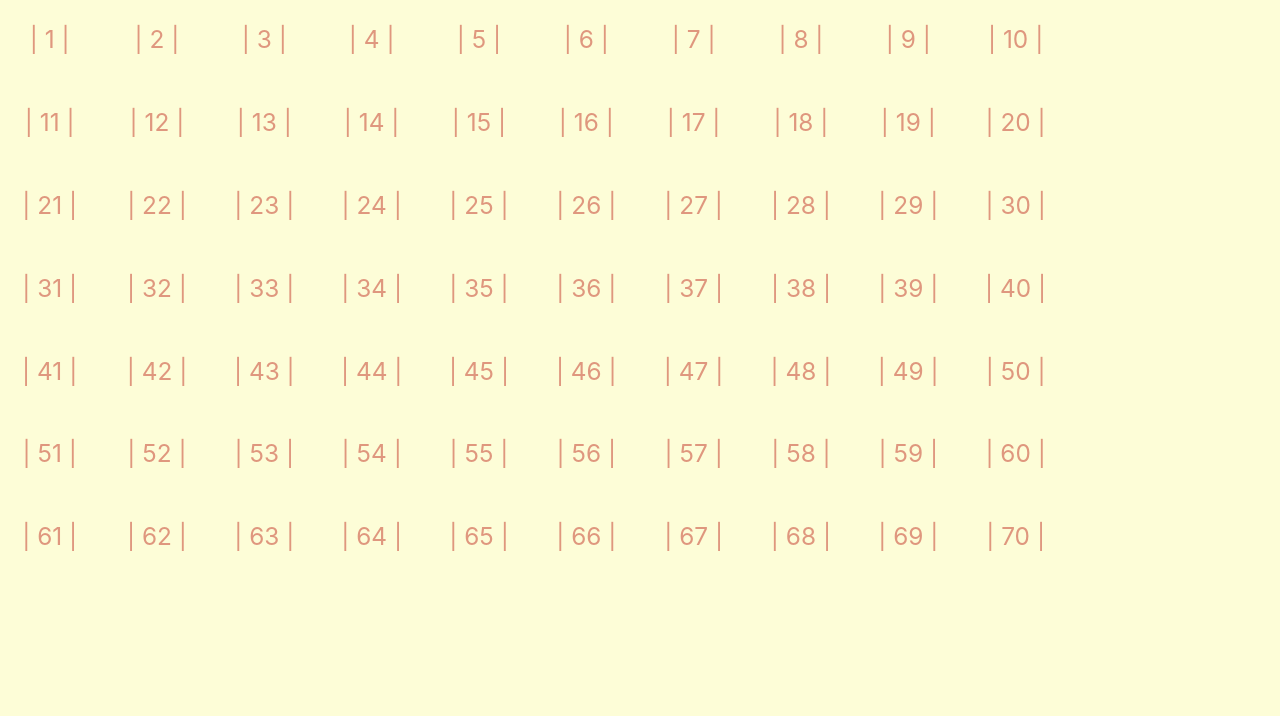
Repository: ghbamorim/megasenaapi
Page: / (app in mega-sena-client/)
An editor plug-in stored every save of this project. The page is shown before and after the next save, followed by the edit.
The browser window is 1280 px wide. The page is 1284 px wide, so the pictures cover 1284 px, including what lies to the right of the window. The pictures show the whole page.
The project was rebuilt for these pictures with package versions that can differ from the ones it lists, and the page was loaded fresh each time. Also part of the build but not shown: mega-sena-client/src/App.css.

Above is the page before, as saved 2021-09-13 09:15:56.

### mega-sena-client/src/App.tsx
import Grid from "@material-ui/core/Grid";
import { makeStyles } from "@material-ui/core/styles";
import React from "react";
import "./App.css";
import Row from "./row";

const useStyles = makeStyles((theme) => ({
  App: {
    textAlign: "center",
  },

  AppHeader: {
    backgroundColor: "#FDFDD7",
    minHeight: "100vh",
    alignItems: "center",
    justifyContent: "center",
    fontSize: "calc(10px + 2vmin)",
    color: "#DF977E",
  },
}));

function App() {
  const classes = useStyles();
  const rows: number[] = [];
  for (let i = 0; i <= 6; i++) {
    rows.push(i);
  }

  return (
    <div className={classes.App}>
      <header className={classes.AppHeader}>
        <div>
          {rows.map((i) => {
            return (
              <Grid container spacing={1}>
                <Row startNumber={i + 10} endNumber={i * 10} />
              </Grid>
            );
          })}
        </div>
      </header>
    </div>
  );
}

export default App;

### mega-sena-client/src/row.tsx
import Grid from "@material-ui/core/Grid";
import React from "react";
import "./App.css";

interface IRowProps {
  startNumber: number;
  endNumber: number;
}

const Row: React.FC<IRowProps> = ({ startNumber, endNumber }: IRowProps) => {
  const cols: number[] = [];
  for (let i = 1; i <= 10; i++) {
    cols.push(i + endNumber);
  }

  return (
    <React.Fragment>
      {cols.map((i) => {
        return (
          <Grid item xs={1}>
            <div className="App">
              <p>| {i} |</p>
            </div>
          </Grid>
        );
      })}
    </React.Fragment>
  );
};

export default Row;

Loaded but not shown: mega-sena-client/public/index.html (common file); mega-sena-client/src/index.tsx (common file); mega-sena-client/src/index.css (common file); mega-sena-client/src/reportWebVitals.ts (common file)

After the next save:
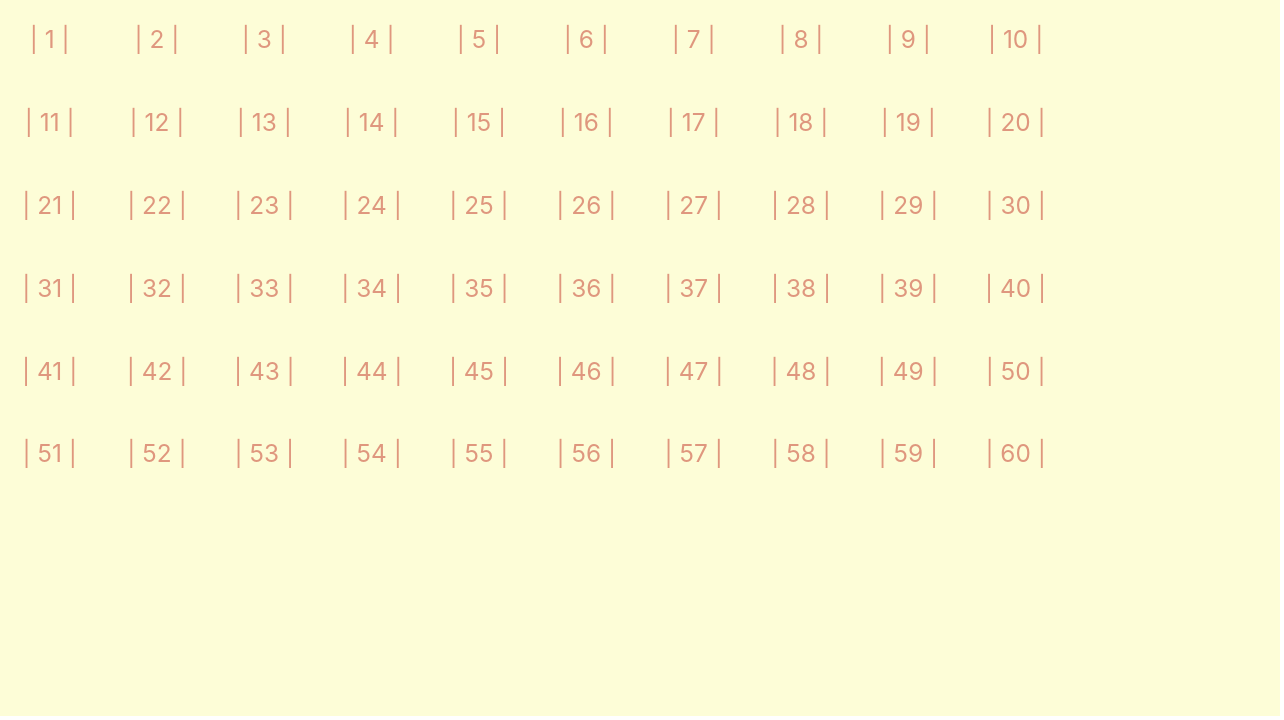
Saved 10 s later.
--- a/mega-sena-client/src/App.tsx
+++ b/mega-sena-client/src/App.tsx
@@ -22,7 +22,7 @@ const useStyles = makeStyles((theme) => ({
 function App() {
   const classes = useStyles();
   const rows: number[] = [];
-  for (let i = 0; i <= 6; i++) {
+  for (let i = 0; i <= 5; i++) {
     rows.push(i);
   }
 
